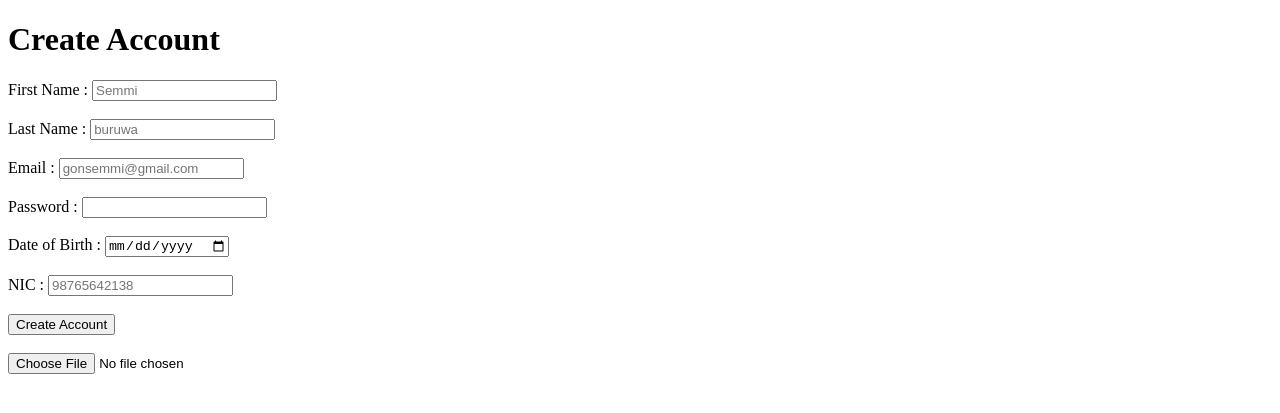
Repository: IT21221064/JobPortal
Page: http://localhost/JobApp/addProfile.jsp
An editor plug-in stored every save of this project. The page is shown before and after the next save, followed by the edit.
The browser window is 1280 px wide. The pictures show the whole page.
The page is served by Tomcat 9.

Above is the page before, as saved 2023-07-15 16:05:56.

After the next save:
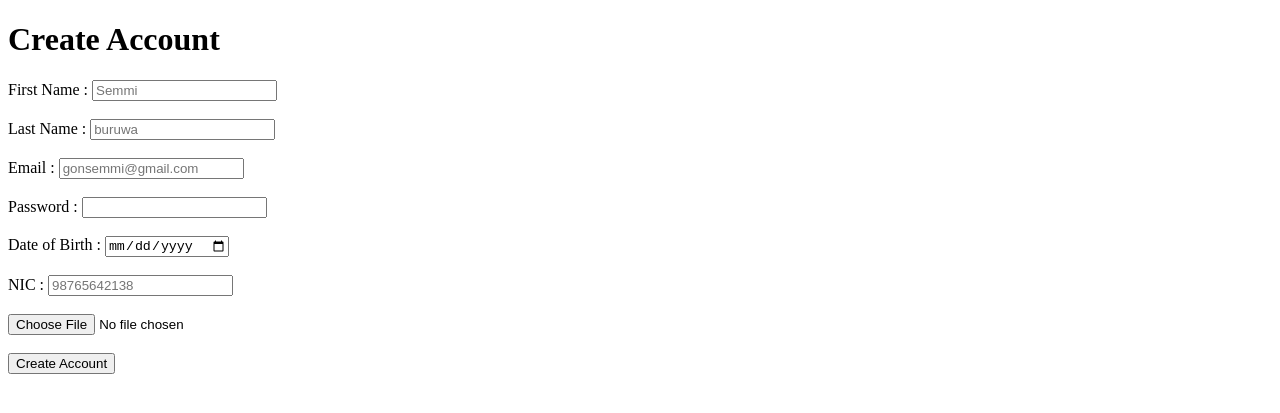
Saved 37 s later.
--- a/Project/JobApp/src/main/webapp/addProfile.jsp
+++ b/Project/JobApp/src/main/webapp/addProfile.jsp
@@ -27,9 +27,10 @@
 <label for ="nic">NIC : </label>
 <input type="number" name="nic" id="nic" placeholder="98765642138"><br><br>
 
+<input type="file" name="pfp" id="pfp"><br><br>
+
 <input type="submit" value="Create Account"><br><br>
 
-<input type="file" name="pfp" id="pfp">
 </form>
 
 </body>
